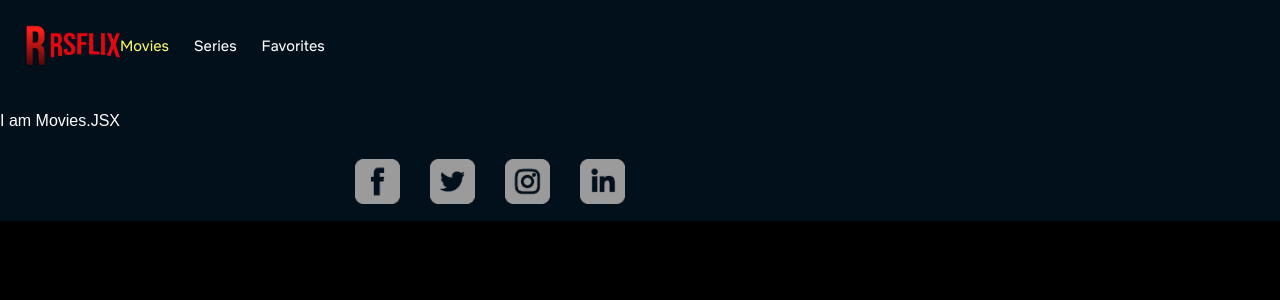
Repository: ronnysalas459/final_project_react
Page: /
The author's editor kept a copy of each file at every save. The page is drawn from the files as they stood at one save, then again after the next save.
The browser window is 1280 px wide. The pictures show the whole page.
The project was rebuilt for these pictures with package versions that can differ from the ones it lists, and the page was loaded fresh each time. Also part of the build but not shown: src/containers/Series.jsx, src/containers/Favorites.jsx.

Above is the page before, as saved 2021-09-29 20:54:10.

After the next save:
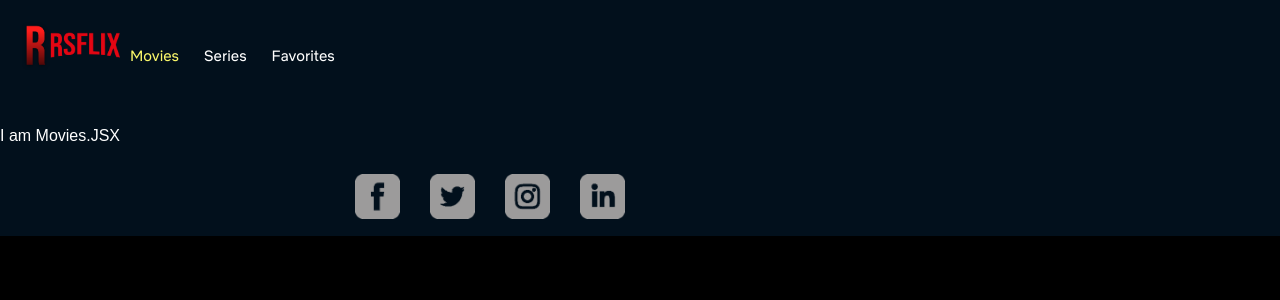
Saved 31 s later.
--- a/src/assets/styles/components/Header.scss
+++ b/src/assets/styles/components/Header.scss
@@ -13,7 +13,7 @@
 
 .header__nav__options {
   @include flexCenCen;
-  padding: 0;
+  padding: 10px;
 }
 
 .header__nav__options-item {

After the save that followed:
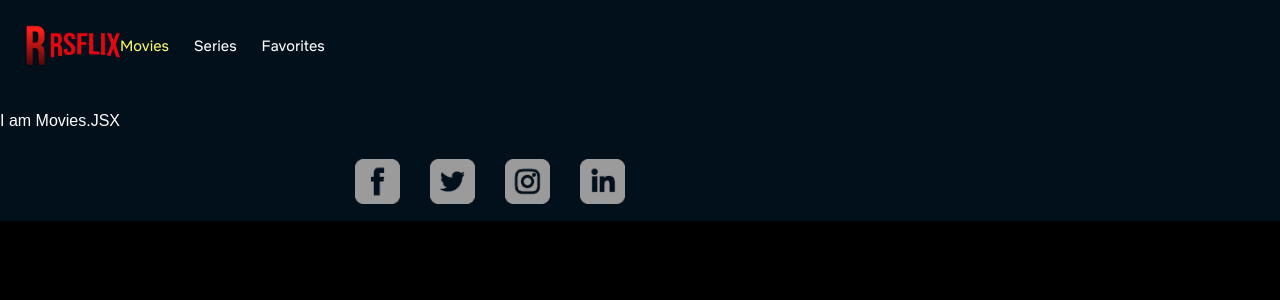
Saved 22 s later.
--- a/src/assets/styles/components/Header.scss
+++ b/src/assets/styles/components/Header.scss
@@ -13,7 +13,7 @@
 
 .header__nav__options {
   @include flexCenCen;
-  padding: 10px;
+  padding: 0px;
 }
 
 .header__nav__options-item {
